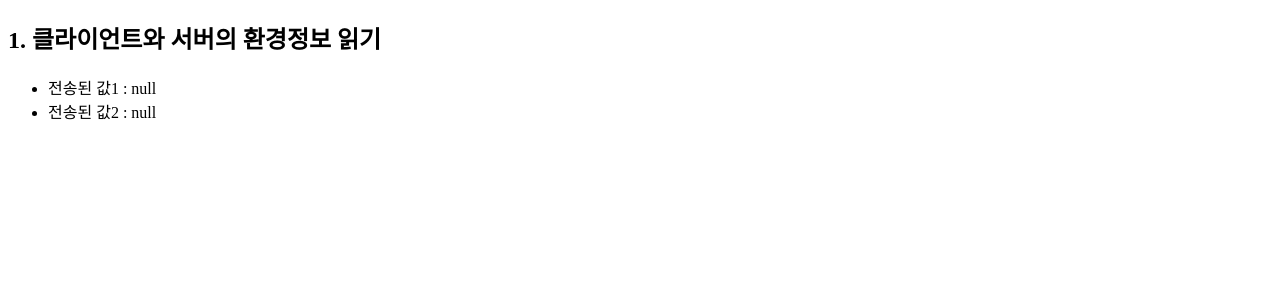
Repository: ahwaboin3/eclipse-workspace-jsp
Page: http://localhost/MustHaveJSP/RequestWebInfo.jsp
The author's editor kept a copy of each file at every save. The page is drawn from the files as they stood at one save, then again after the next save.
The browser window is 1280 px wide. The pictures show the whole page.
The page is served by Tomcat 10. Other server files are loaded and not shown.

Above is the page before, as saved 2025-05-21 04:55:53.

### MustHaveJSP/src/main/webapp/RequestWebInfo.jsp
<%@ page language="java" contentType="text/html; charset=UTF-8"
    pageEncoding="UTF-8"%>
<!DOCTYPE html>
<html>
<head>
<meta charset="UTF-8">
<title>Insert title here</title>
</head>
<body>
	<h2>1. 클라이언트와 서버의 환경정보 읽기</h2>
	<ul>
		<li>전송된 값1 : <%=request.getParameter("eng") %></li>
		<li>전송된 값2 : <%=request.getParameter("han") %></li>
	</ul>
</body>
</html>

After the next save:
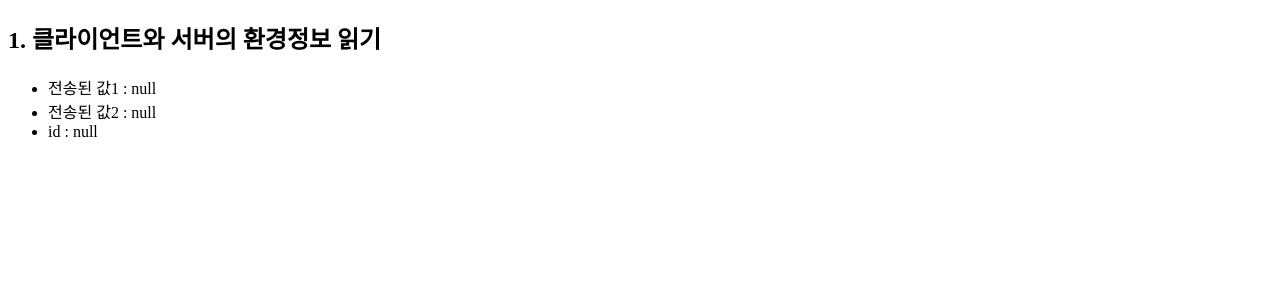
Saved 44 s later.
--- a/MustHaveJSP/src/main/webapp/RequestWebInfo.jsp
+++ b/MustHaveJSP/src/main/webapp/RequestWebInfo.jsp
@@ -11,6 +11,7 @@
 	<ul>
 		<li>전송된 값1 : <%=request.getParameter("eng") %></li>
 		<li>전송된 값2 : <%=request.getParameter("han") %></li>
+		<li>id : <%=request.getParameter("id") %></li>
 	</ul>
 </body>
 </html>
